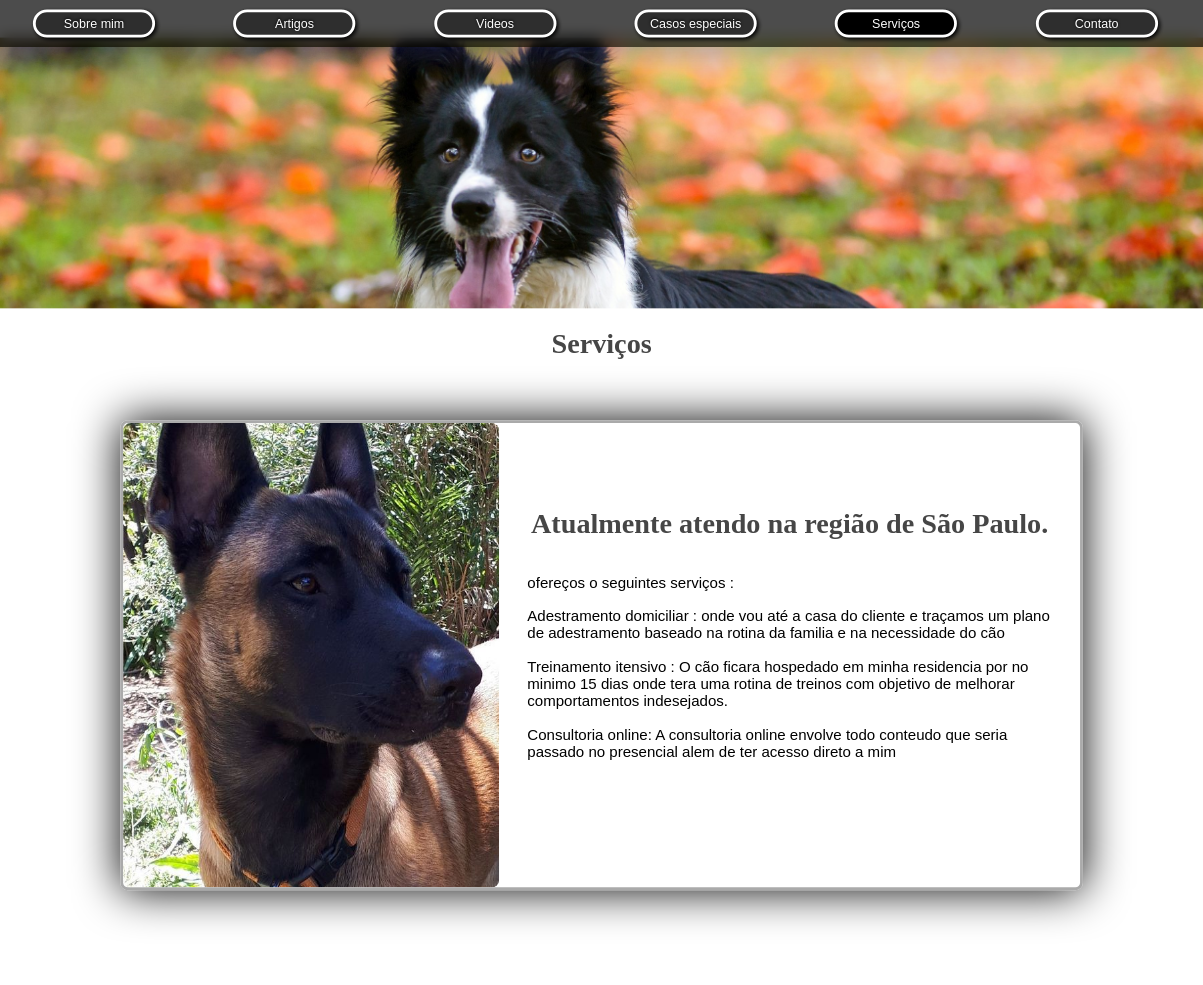
Repository: KevynMarques/Blog-React-StyledComponent
Page: /, after clicking the first element matching `button.sc-dcJsrY`
An editor plug-in stored every save of this project. The page is shown before and after the next save, followed by the edit.
The browser window is 1280 px wide. The pictures show the whole page, at 94% of full size.
The project was rebuilt for these pictures with package versions that can differ from the ones it lists, and the page was loaded fresh each time. Also part of the build but not shown: src/Components/Artigos/index.jsx, src/Components/Clientes/index.jsx, src/Components/Contato/index.jsx, src/Components/View/index.jsx.

Above is the page before, as saved 2022-02-21 18:24:44.

### public/index.html
<!DOCTYPE html>
<html lang="pt-BR">
  <head>
    <meta charset="utf-8" />
    <link rel="icon" href="%PUBLIC_URL%/favicon.ico" />
    <meta name="viewport" content="width=device-width, initial-scale=1" />
    <meta name="theme-color" content="#000000" />
    <meta
      name="description"
      content="Web site created using create-react-app"
    />
    <link rel="apple-touch-icon" href="%PUBLIC_URL%/logo192.png" />
    <!--
      manifest.json provides metadata used when your web app is installed on a
      user's mobile device or desktop. See https://developers.google.com/web/fundamentals/web-app-manifest/
    -->
    <!--
      Notice the use of %PUBLIC_URL% in the tags above.
      It will be replaced with the URL of the `public` folder during the build.
      Only files inside the `public` folder can be referenced from the HTML.

      Unlike "/favicon.ico" or "favicon.ico", "%PUBLIC_URL%/favicon.ico" will
      work correctly both with client-side routing and a non-root public URL.
      Learn how to configure a non-root public URL by running `npm run build`.
    -->
    <title>Adestramento DK</title>
  </head>
  <body>
    <noscript>You need to enable JavaScript to run this app.</noscript>
    <div id="root"></div>
    <!--
      This HTML file is a template.
      If you open it directly in the browser, you will see an empty page.

      You can add webfonts, meta tags, or analytics to this file.
      The build step will place the bundled scripts into the <body> tag.

      To begin the development, run `npm start` or `yarn start`.
      To create a production bundle, use `npm run build` or `yarn build`.
    -->
  </body>
</html>

### src/App.jsx
import Home from './Pages/Home';
import Sobre from './Components/Sobre/index';
import { useState, useEffect } from 'react';
import { GlobalStyle } from './GlobalStyle';
import Geral from './Components/Geral/index';


function App() {

  const [geral, setGeral]=useState(<Sobre />);

  return (
    <>
    <Home setGeral={setGeral} geral={geral}  />
    <Geral geral={geral} />
    <GlobalStyle/>
   </>
  );
}

export default App;

### src/Pages/Home/index.jsx
import React, {useState} from "react"
import {  Home, Videos, Comportamental, Serviços, Diversos, Contato } from "../../Components/Buttons/Style"
import Sobre from '../../Components/Sobre/index'
import Comport  from '../../Components/Artigos/index'
import Clientes from '../../Components/Clientes/index'
import Serv from "../../Components/Serviços"
import Cont from '../../Components/Contato/index'
import View from "../../Components/View"
import { ContainerHeader } from "../../Components/Containers/style"




export default (props) => {

  const [ativo, setAtivo] = useState(false)
  const [ativoVideos, setAtivoVideos] = useState(true)
  const [ativoComp, setComp] = useState(true)
  const [Casos, setCasos] = useState(true)
  const [serviços, setServiços] = useState(true)
  const [contato, setContato] = useState(true)


  return (
   <>
    <ContainerHeader>

       <Home
         setAtivo={setAtivo}
         ativo={ativo}
         onClick={()=>(props.setGeral(<Sobre />),
         setAtivo(false),
         setAtivoVideos(true),
         setComp(true),
         setCasos(true),
         setServiços(true)
         )}>
         <p>Sobre mim</p>
      </Home>


       <Comportamental
          onClick={() =>(props.setGeral(<Comport />),
          setAtivo(true),
          setAtivoVideos(true),
          setComp(false),
          setCasos(true),
          setServiços(true))}

          setComp={setComp}
          ativoComp={ativoComp}>

         <p>Artigos</p>
       </Comportamental>

       <Videos
        ativoEquip={ativoVideos}
        setAtivoVideos={setAtivoVideos}
        onClick={()=>(props.setGeral(<View />),
        setAtivo(true),
        setAtivoVideos(false),
        setComp(true),
        setCasos(true),
        setServiços(true)
        )}>
        <p>Videos</p>
       </Videos>

       <Diversos
          onClick={() =>(props.setGeral(<Clientes />),
          setAtivo(true),
          setAtivoVideos(true),
          setComp(true),
          setCasos(false),
          setServiços(true))}
          setCasos={setCasos}
          Casos={Casos}>
         <p>Casos especiais</p>
       </Diversos>


       <Serviços onClick={() =>(props.setGeral(<Serv />),
        setAtivo(true),
        setAtivoVideos(true),
        setComp(true),
        setCasos(true),
        setServiços(false))}
        setServiços={setServiços}
        serviços={serviços}>
         <p>Serviços</p>
       </Serviços>

       <Contato onClick={() =>(props.setGeral(<Cont />),
        setAtivo(true),
        setAtivoVideos(true),
        setComp(true),
        setCasos(true),
        setServiços(true),
        setContato(false)
       )}
          setContato={setContato}
          contato={contato}>
         <p>Contato</p>
      </Contato>

    </ContainerHeader>
    </>
  );
}

### src/Components/Sobre/index.jsx
import Foto from '../Image/foto.png'
import LV from '../Image/LV.jpg';
import Dog from '../Image/Dog.png'
import { Tittle } from "../Textos&Titles/style";
import { ContainerBaner, ContainerBox, ContainerIMG } from "../Containers/style";
import { Info } from "../Textos&Titles/style";
import { SubTitle } from '../Textos&Titles/style';
import { TitleInfo } from '../Textos&Titles/style';


export default () => {
  return (
<>
     <ContainerBaner>
      <img src={Dog} />
     </ContainerBaner>

   <Tittle>
          Adestramento DK
  </Tittle>


  <ContainerBox>
       <ContainerIMG>
        <img src={Foto} />
       </ContainerIMG>
       <Info>
       <TitleInfo>Quem sou eu</TitleInfo>
       meu nome é Kevyn Marques sempre fui um apaixonado por cães, no ano de 2017 tive o prazer
       de fazer parte do 2BPE  onde pude ter  meu primeiro contato com cães de trabalho tanto de faro como de guarda, encantando com aqueles animais comecei a pesquisar e estudar sobre comportamento canino  e desde la eu nunca mais parei, ao longo da minha jornada como adestrador fiz inumeros cursos com pessoas que estão na aréa do adestramento a anos, tanto no esporte canino como no treinamento pet podendo ter uma visão ampla e diversificade de cada caso que passa pelas minhas mãos, tenho um orgulho enorme dos meus resultados, acredito que todos com a orientação adequada podem ter uma vida em harmonia com seus cães independente do tamanho do problema ele sempre tera solução.
       </Info>
       </ContainerBox>

  <SubTitle>  Viper e Logan !
  </SubTitle>


    <ContainerBox>
       <ContainerIMG>
        <img src={LV} />
       </ContainerIMG>
       <Info>
       <TitleInfo>Nosso dia a dia</TitleInfo>
       Apesar de ter tido cães a vida toda o meu primeiro cão de trabalho foi o Logan, meu pastor Belga Malinois que se encontra ao lado direito da foto, com o Logan vieram inumeros desafios afinal é uma raça dificil de lidar, temperamento forte muita disposição e um drive de caça altissimo, porem com a tecnica é o conhecimento adequado o Logan se tornou a melhor companhia que ja tive na vida, ja o Mali mais escuro na foto é o Viper, minha paixão por Malinois so aumenta e com isso veio mais um para familia, o pequeno Viper é bem diferente do Logan, um cão mais calmo e de um temperamento extremamente equilibrado por enquanto ainda não sei se irei treina-lo para guarda e proteção como o Logan, porem uma coisa é certa, eles fazem uma dupla e tanto !! Irei postar videos rotineiros dos treinos de ambos e espero que vocês acompanhem !
       </Info>
   </ContainerBox>
</>

  );
}

### src/GlobalStyle.jsx
import { createGlobalStyle } from 'styled-components';

 export const GlobalStyle = createGlobalStyle`
  * {
    margin: 0;
    padding: 0;
    box-sizing: border-box;

  }
`;

### src/Components/Geral/index.jsx
import React from "react"

export default (props) => {

  return (

    <>
    {props.geral}
    </>

  );

}

### src/Components/Buttons/Style.jsx
import styled from "styled-components";


export const Home = styled.button `
background:${props => props.ativo ? '#2e2e2e' : '#000000'};
font-family: Arial, Helvetica, sans-serif;
font-style:normal;
color:#ffffff;
border:3px solid #ffffff;
text-shadow:0px -1px 3px #000000;
box-shadow:2px 2px 5px #000000;
box-shadow:2px 2px 5px #000000;
box-shadow:2px 2px 5px #000000;
border-radius:25px 25px 25px 25px;
border-radius:25px 25px 25px 25px;
border-radius:25px 25px 25px 25px;
width:130px;
height: 30px;

&:hover {
  background-color: black;
}

cursor:pointer;
margin:0 auto;
margin-left: 35px;

&:active {
  transform: scale(0.9);
}

`;


export const Videos = styled(Home) `

background:${props => props.ativoEquip ? '#2e2e2e' : '#000000'};

`;

export const Comportamental = styled(Home) `

background:${props => props.ativoComp ? '#2e2e2e' : '#000000'};

`;


export const Diversos = styled(Home) `

background:${props => props.Casos? '#2e2e2e' : '#000000'};

`;


export const Serviços = styled(Home) `

background:${props => props.serviços? '#2e2e2e' : '#000000'};

`;

export const Contato = styled(Home) `

background:#2e2e2e;

`;

### src/Components/Serviços/index.jsx
import { Info, SubTitle } from "../Textos&Titles/style";
import  Border from '../Image/border.jpg';
import Mali  from '../Image/mali.jpg'
import { ContainerIMG, ContainerBox, ContainerBaner } from "../Containers/style";



export default () => {
  return (
    <>
    <ContainerBaner>
    <img src={Border} />
    </ContainerBaner>

    <SubTitle>
         Serviços
    </SubTitle>

      <ContainerBox>
       <ContainerIMG>
        <img src={Mali} />
       </ContainerIMG>
       <Info>

       <SubTitle>Atualmente atendo na região de São Paulo.</SubTitle>
       <br></br><br></br><br></br><br></br>
       ofereços o seguintes serviços : <br></br> <br></br>
       Adestramento domiciliar : onde vou até a casa do cliente e traçamos um plano de adestramento baseado na rotina da familia e na necessidade do cão

       <br></br> <br></br>
       Treinamento itensivo : O cão ficara hospedado em minha residencia por no minimo 15 dias onde tera uma rotina de treinos com objetivo de melhorar comportamentos indesejados.
       <br></br> <br></br>

        Consultoria online: A consultoria online envolve todo conteudo que seria passado no presencial alem de ter acesso direto a mim

        </Info>
       </ContainerBox>

    </>
  );
}

### src/Components/Containers/style.jsx
import  styled  from "styled-components";



export const  ContainerHeader  = styled.div `
     width: 100vw;
     height: 50px;
     margin: 0;
     position: fixed;
     z-index: 99999;
     background: rgba( 0, 0, 0, 0.7 );
     box-shadow: 0 8px 32px 0 rgba( 31, 38, 135, 0.37 );
     backdrop-filter: blur( 7.5px );
     -webkit-backdrop-filter: blur( 7.5px );
     color:white;
     display: flex;
     align-items: center;
     justify-content: center;
`;



export const ContainerBaner= styled.div `
  width: 100%;
  height: 40vh;


    img {
    width: 100%;
    height: 100%;
    object-fit: cover;
    margin-top: 40px;

    }
`;


export const  ContainerBox = styled.section `
  height: 500px;
  border: solid 3px #aaaaaa;
  width: 80vw;
  margin: 100px  10%;
  border-radius: 8px;
  box-shadow: 0 0 3em Black;
  display: flex;
  `;


export const ContainerIMG = styled.div `

    min-width:400px;
    height:494px;

  img {
    object-fit: cover;
    width: 100%;
    height: 100%;
    border-radius: 8px;
  }

`;

### src/Components/Textos&Titles/style.jsx
import styled from 'styled-components'



export const Tittle = styled.h1`
@import url('https://fonts.googleapis.com/css2?family=Bangers&display=swap');
color: #312f2f;
font-size: 60px;
font-family: 'Bangers', cursive;
text-align: center;
height: 40px;
margin-top: 45px;
`;


export const Info = styled.p`
 margin: 30px;
 font-family: Arial, Helvetica, sans-serif;
`;


export const SubTitle = styled.h2 `
 text-align: center;
 font-size: 30px;
 margin-top: 60px;
 font-family: Arial, Helvetica, sans-serif;
 color: #464646;
 margin-bottom: -35px;
 font-family: 'Bangers', cursive;
`;


export const TitleInfo = styled.div `
 text-align: center;
 font-size: 30px;
 font-family: Arial, Helvetica, sans-serif;
 color: #464646;
 font-family: 'Bangers', cursive;
 margin-bottom: 15px;
`;

Loaded but not shown: src/index.js (common file)

After the next save:
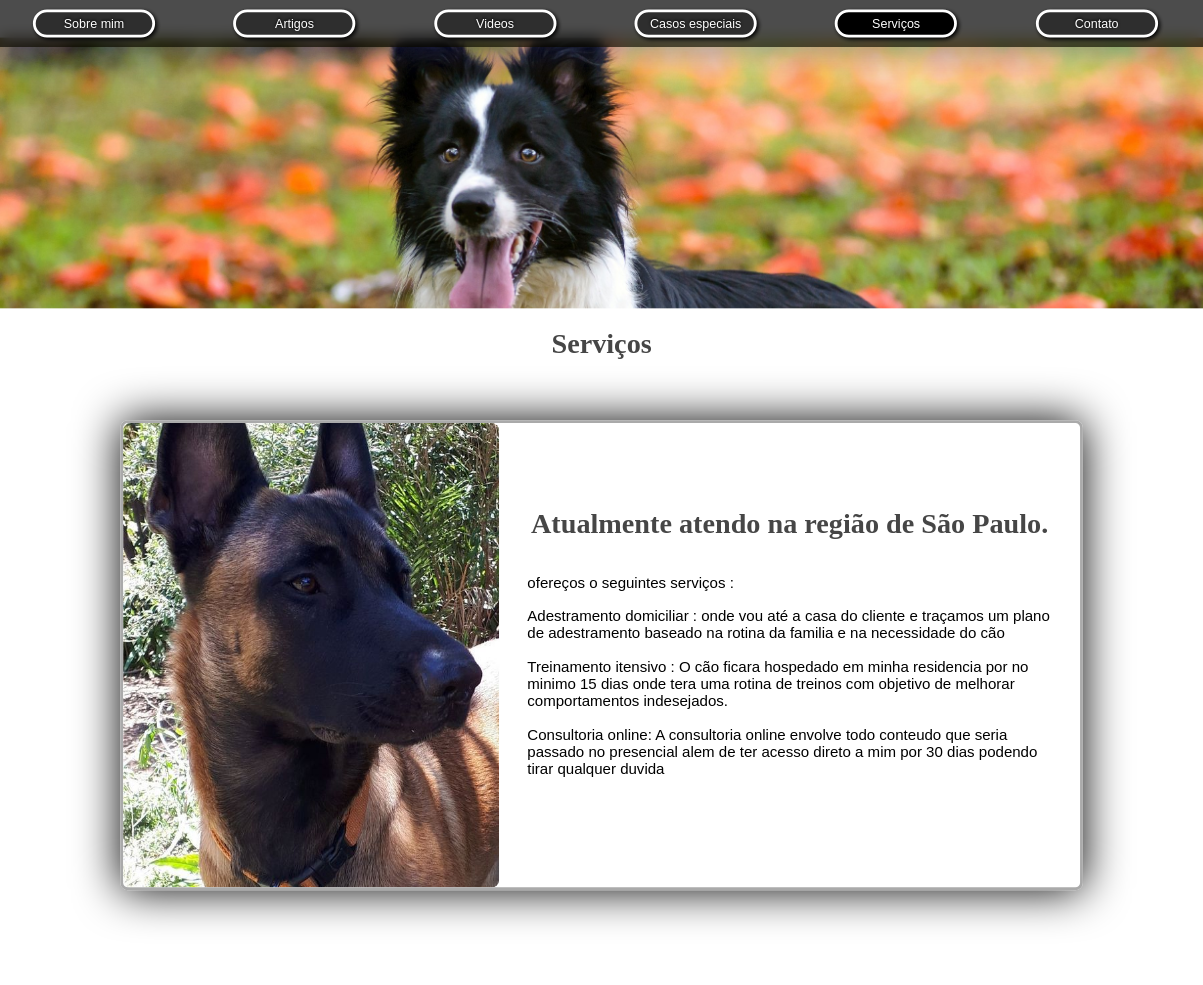
Saved 7 s later.
--- a/src/Components/Serviços/index.jsx
+++ b/src/Components/Serviços/index.jsx
@@ -31,7 +31,7 @@ export default () => {
        Treinamento itensivo : O cão ficara hospedado em minha residencia por no minimo 15 dias onde tera uma rotina de treinos com objetivo de melhorar comportamentos indesejados.
        <br></br> <br></br>
 
-        Consultoria online: A consultoria online envolve todo conteudo que seria passado no presencial alem de ter acesso direto a mim
+        Consultoria online: A consultoria online envolve todo conteudo que seria passado no presencial alem de ter acesso direto a mim por 30 dias podendo tirar qualquer duvida
 
         </Info>
        </ContainerBox>
